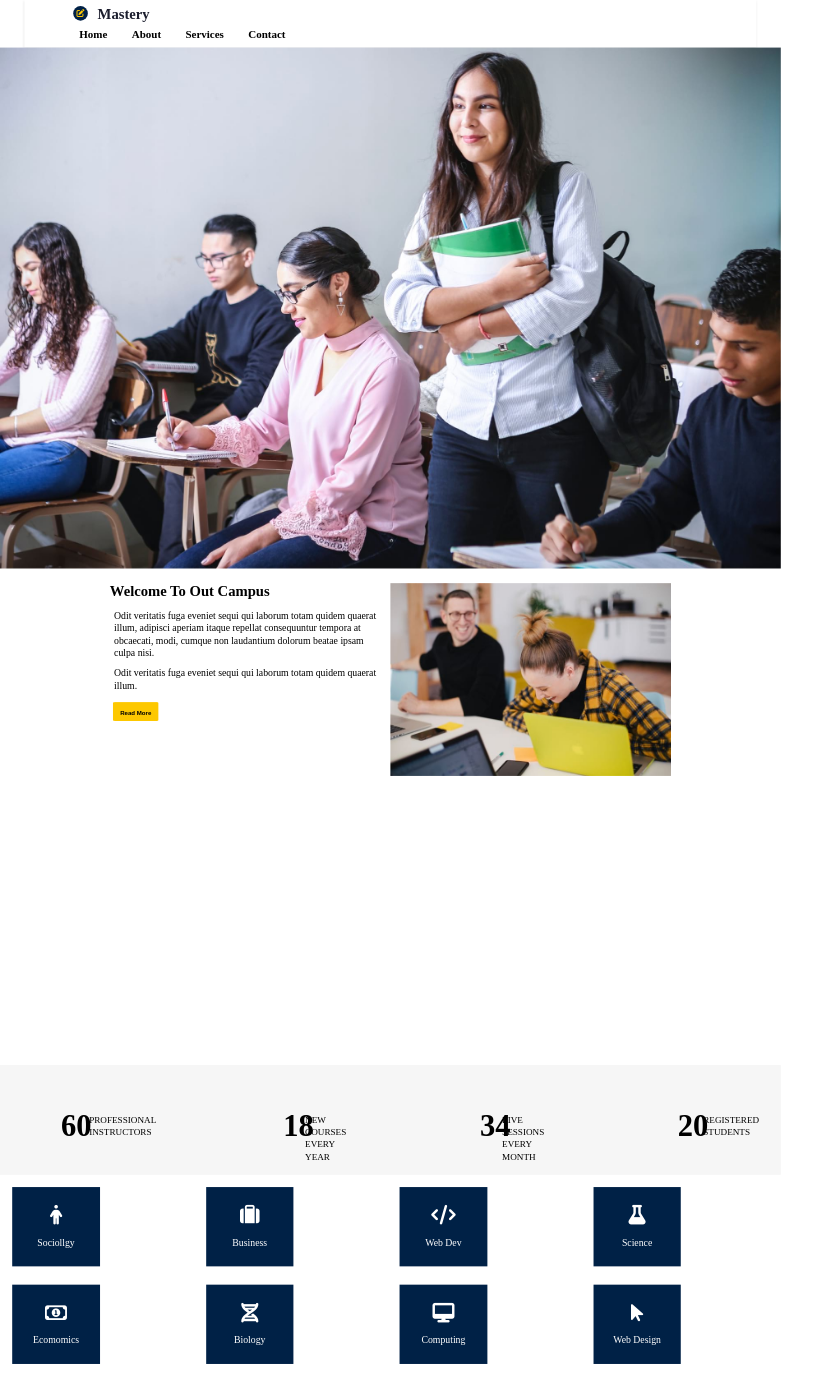
Repository: trminhphuc1504/Mastery
Page: index.html
The author's editor kept a copy of each file at every save. The page is drawn from the files as they stood at one save, then again after the next save.
The browser window is 1280 px wide. The page is 1358 px wide, so the pictures cover 1358 px, including what lies to the right of the window. The pictures show the whole page, at 61% of full size.
Some web libraries are served in a nearby version.

Above is the page before, as saved 2024-08-24 13:33:11.

After the next save:
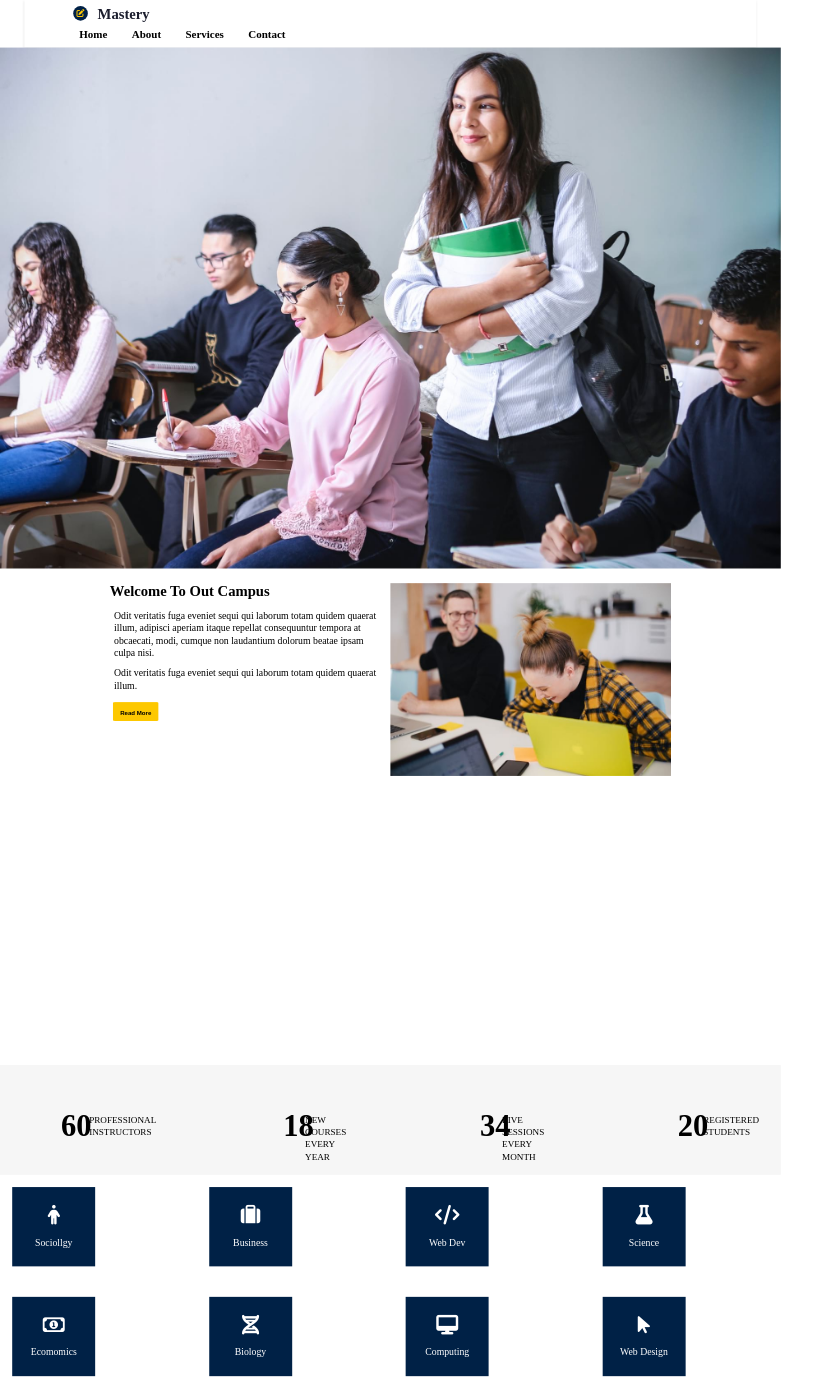
Saved 9 s later.
--- a/css/style.css
+++ b/css/style.css
@@ -191,7 +191,7 @@
     flex-wrap: wrap;
     justify-content: space-between;
     --number-item:4;
-    --gap:30px;
+    --gap:50px;
     gap:var(--gap);
 
 }

After the save that followed:
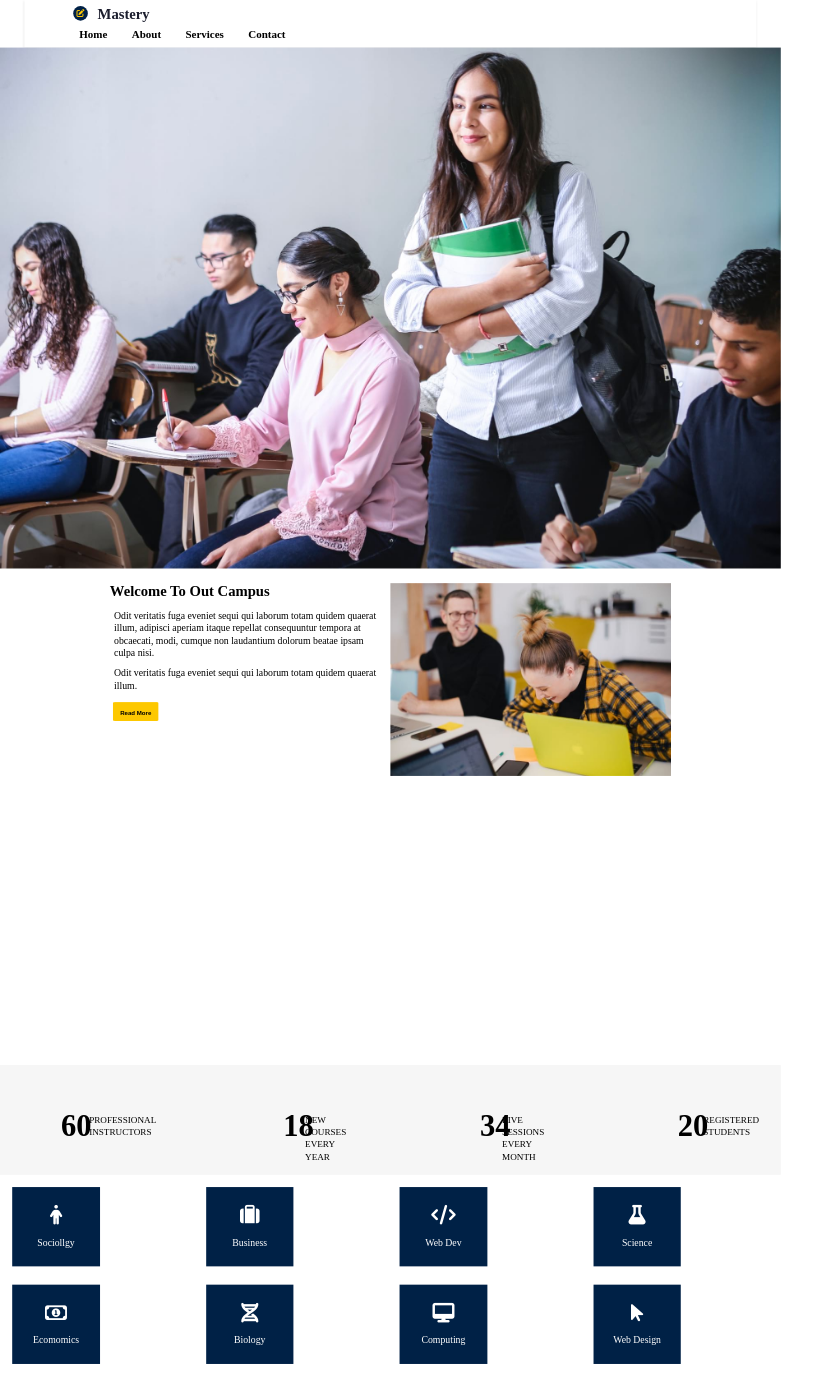
Saved 4 s later.
--- a/css/style.css
+++ b/css/style.css
@@ -191,7 +191,7 @@
     flex-wrap: wrap;
     justify-content: space-between;
     --number-item:4;
-    --gap:50px;
+    --gap:30px;
     gap:var(--gap);
 
 }
